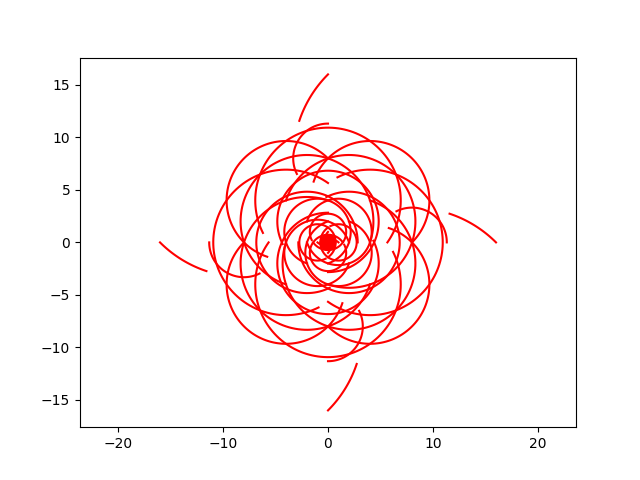
Repository: lbylzkx/Circle-Point-Manuscript
Script's output: python 卍spiral.py
The author's editor kept a copy of each file at every save. The script's output is drawn from the files as they stood at one save, then again after the next save.
Random numbers start from a fixed seed.

Above is the script's output before, as saved 2023-09-25 15:42:12.

After the next save:
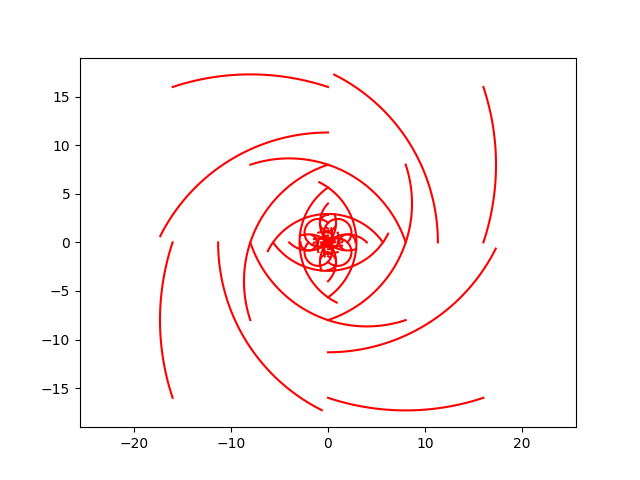
Saved 2 min 40 s later.
--- a/卍spiral.py
+++ b/卍spiral.py
@@ -37,11 +37,11 @@ def loutus_y_to(n, thelta=0):
 # center:
 
 
-def loutus_x_center(n, thelta=0):
+def loutus_x_inverse_center(n, thelta=0):
     return np.sqrt(2)**(n-1)*np.cos(n*np.pi/4+7*np.pi/4+thelta)
 
 
-def loutus_y_center(n, thelta=0):
+def loutus_y_inverse_center(n, thelta=0):
     return np.sqrt(2)**(n-1)*np.sin(n*np.pi/4+7*np.pi/4+thelta)
 
 
@@ -56,11 +56,11 @@ def y_position(n, thelta=0):
 # to:
 
 
-def loutus_x_to(n, thelta=0):
+def loutus_x_inverse_to(n, thelta=0):
     return np.sqrt(2)**(n+1)*np.cos(n*np.pi/4+np.pi/4+thelta)
 
 
-def loutus_y_to(n, thelta=0):
+def loutus_y_inverse_to(n, thelta=0):
     return np.sqrt(2)**(n+1)*np.sin(n*np.pi/4+np.pi/4+thelta)
 
 
